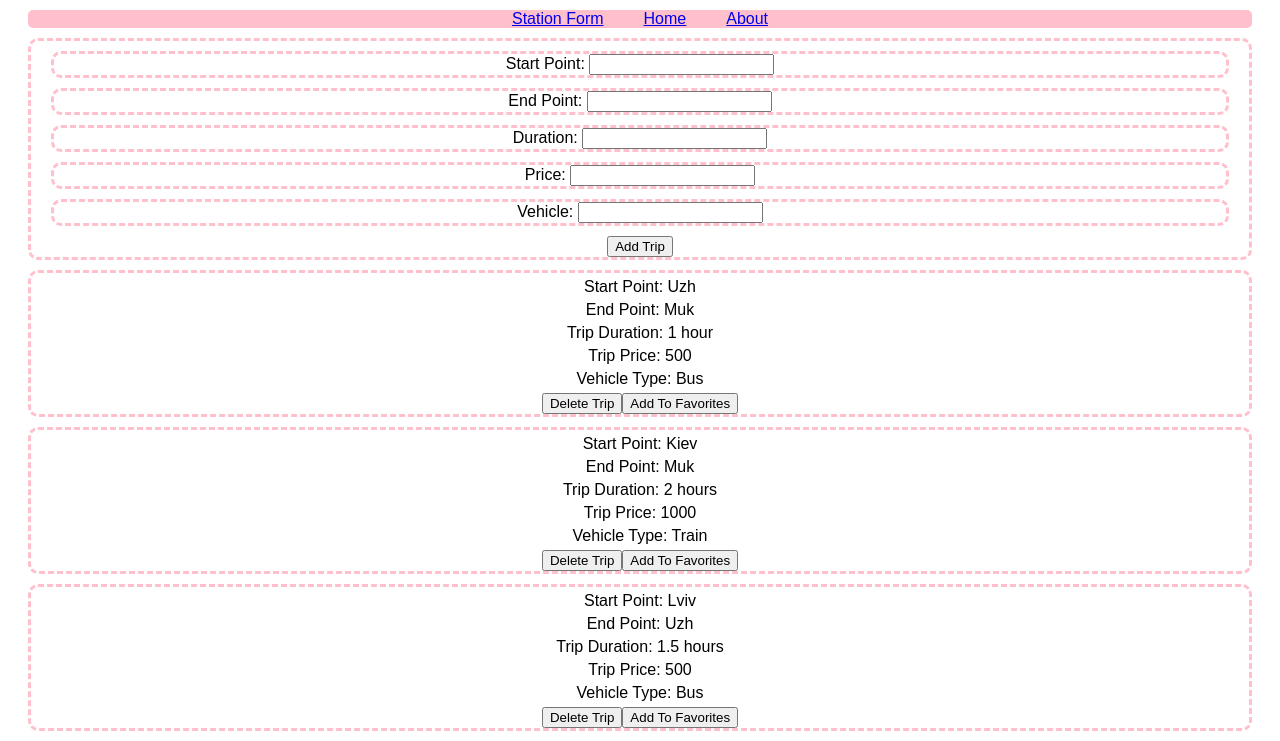
Repository: rutsguifd/mkr2
Page: /#/station-form
These files come from the project's save history. The page is drawn as it stood at one moment and after the next save; the edit follows.
The browser window is 1280 px wide. The pictures show the whole page.
The project was rebuilt for these pictures with package versions that can differ from the ones it lists, and the page was loaded fresh each time. Also part of the build but not shown: src/views/Home.vue, src/views/About.vue.

Above is the page before, as saved 2021-12-21 21:38:17.

### src/App.vue
<template>
  <div>
    <router-view />
  </div>
</template>

<script>
  export default {

  }
</script>

<style lang="scss" scoped>

</style>

### src/router/index.js
import { createRouter, createWebHashHistory } from 'vue-router'
import Home from '../views/Home.vue'
import About from '../views/About.vue'
import StationForm from '../views/StationForm.vue'


const routes = [
  {
    path: '/',
    name: 'Home',
    component: Home
  },
  {
    path: '/about',
    name: 'About',
    component: About
  },
  {
    path: '/station-form',
    name: 'StationForm',
    component: StationForm
  }
]

const router = createRouter({
  history: createWebHashHistory(),
  routes
})

export default router

### src/store/index.js
import { createStore } from 'vuex'

export default createStore({
  state: {
    tripInfo: [
      {
        id: 1,
        tripStart: "Uzh",
        tripEnd: "Muk",
        tripDuration: "1 hour",
        tripPrice: "500",
        vehicle: "Bus"
      },
      {
        id: 2,
        tripStart: "Kiev",
        tripEnd: "Muk",
        tripDuration: "2 hours",
        tripPrice: "1000",
        vehicle: "Train"
      },
      {
        id: 3,
        tripStart: "Lviv",
        tripEnd: "Uzh",
        tripDuration: "1.5 hours",
        tripPrice: "500",
        vehicle: "Bus"
      }
    ],
    favoriteTrips: []
  },
  mutations: {
    addTrip(state, trip) {
      state.tripInfo.push({
        tripStart: trip.start,
        tripEnd: trip.end,
        tripDuration: trip.dur,
        tripPrice: trip.price,
        vehicle: trip.veh
      })
    },
    deleteTrip(state, ind) {
      state.tripInfo.splice(ind, 1)
    },
    addToFavorites(state, trip) {
      state.favoriteTrips.push({
        tripStart: trip.start,
        tripEnd: trip.end,
        tripDuration: trip.dur,
        tripPrice: trip.price,
        vehicle: trip.veh
      });
      console.log(state.favoriteTrips)
    }
  },
  actions: {},
  getters: {
    AllTrips(state) {
      return state.tripInfo
    },
    AllFavoriteTrips(state) {
      return state.favoriteTrips
    }
  }
})

### src/views/StationForm.vue
<template>
    <div>
        <Header />
        <AddTrip />
        <trip-card />
        <favorite-trips v-for="(trip) in AllFavoriteTrips" :key="trip.id"/>
    </div>
</template>

<script>
import { mapGetters } from "vuex";
import FavoriteTrips from '../components/FavoriteTrips.vue'
import AddTrip from '../components/AddTrip.vue'
import Header from '../components/Header.vue'
import TripCard from '../components/TripCard.vue'
    export default {
        name: "StationForm",
        components: {
            TripCard,
            Header,
            AddTrip,
            FavoriteTrips
        },
        computed: mapGetters(["AllFavoriteTrips"]),
    }
</script>

<style lang="scss" scoped>
* {
  margin: 0;
  padding: 0;
  box-sizing: border-box;
  font-family: "Fira Sans", sans-serif;
}
</style>

### src/components/Header.vue
<template>
  <div class="header">
    <span><router-link to="/station-form">Station Form</router-link></span>
    <span><router-link to="/">Home</router-link></span>
    <span><router-link to="/about">About</router-link></span>
  </div>
</template>

<script>
export default {};
</script>

<style lang="scss" scoped>
.header{
    text-align: center;
    margin: 10px 20px;
    background: pink;
    border-radius: 5px;
    span{
        margin: 0px 20px;
    }
}
</style>

### src/components/AddTrip.vue
<template>
  <div class="add">
    <div>
      <label>
        Start Point:
        <input type="text" v-model="tripStart" />
      </label>
    </div>
    <div>
      <label>
        End Point:
        <input type="text" v-model="tripEnd" />
      </label>
    </div>
    <div>
      <label>
        Duration:
        <input type="text" v-model="tripDuration" />
      </label>
    </div>
    <div>
      <label>
        Price:
        <input type="text" v-model="tripPrice" />
      </label>
    </div>
    <div>
      <label>
        Vehicle:
        <input type="text" v-model="vehicle" />
      </label>
    </div>
    <button @click="add">Add Trip</button>
  </div>
</template>

<script>
import { mapMutations } from "vuex";
export default {
  data() {
    return {
      tripStart: "",
      tripEnd: "",
      tripDuration: "",
      tripPrice: "",
      vehicle: "",
    };
  },
  methods: {
    ...mapMutations(["addTrip"]),
    add() {
      this.addTrip({
        id: Date.now(),
        start: this.tripStart,
        end: this.tripEnd,
        dur: this.tripDuration,
        price: this.tripPrice,
        veh: this.vehicle,
      }),
        (this.tripStart = "");
      this.tripEnd = "";
      this.tripDuration = "";
      this.tripPrice = "";
      this.vehicle = "";
    },
  },
};
</script>

<style lang="scss" scoped>
.add {
    border: 3px dashed pink;
    border-radius: 10px;
    margin: 10px 20px;
    text-align: center;
  div {
      border: 3px dashed pink;
    border-radius: 10px;
    margin: 10px 20px;
  }
}
</style>

### src/components/TripCard.vue
<template>
  <div v-for="(trip, ind) in AllTrips" :key="trip.id">
    <div class="card">
      <div>Start Point: {{ trip.tripStart }}</div>
      <div>End Point: {{ trip.tripEnd }}</div>
      <div>Trip Duration: {{ trip.tripDuration }}</div>
      <div>Trip Price: {{ trip.tripPrice }}</div>
      <div>Vehicle Type: {{ trip.vehicle }}</div>
      <button @click="del(ind)">Delete Trip</button>
      <button @click="favorite">Add To Favorites</button>
    </div>
  </div>
</template>

<script>
import { mapMutations, mapGetters } from "vuex";
export default {
  name: "TripCard",
  props: ["trip"],
  methods: {
    ...mapMutations(["deleteTrip"]),
    ...mapMutations(["addToFavorites"]),
    del(ind) {
      this.deleteTrip(ind);
    },
    favorite() {
        this.addToFavorites({
        id: Date.now(),
        start: this.tripStart,
        end: this.tripEnd,
        dur: this.tripDuration,
        price: this.tripPrice,
        veh: this.vehicle,
        })
    }
  },
  computed: mapGetters(["AllTrips"]),
};
</script>

<style lang="scss" scoped>
.card {
  text-align: center;
  margin: 10px 20px;
  border: 3px dashed pink;
  border-radius: 10px;
  div {
    margin: 5px 0px;
  }
}
</style>

### src/components/FavoriteTrips.vue
<template>
  <div>
    FAVORITE TRIPS
    <div>Start Point: {{ trip.start }}</div>
    <div>End Point: {{ trip.end }}</div>
    <div>Trip Duration: {{ trip.dur }}</div>
    <div>Trip Price: {{ trip.price }}</div>
    <div>Vehicle Type: {{ trip.veh }}</div>
  </div>
</template>

<script>
export default {
  name: "FavoriteTrips",
  props: ["trip"],
};
</script>

<style lang="scss" scoped>
</style>

Loaded but not shown: public/index.html (common file); src/main.js (common file)

After the next save:
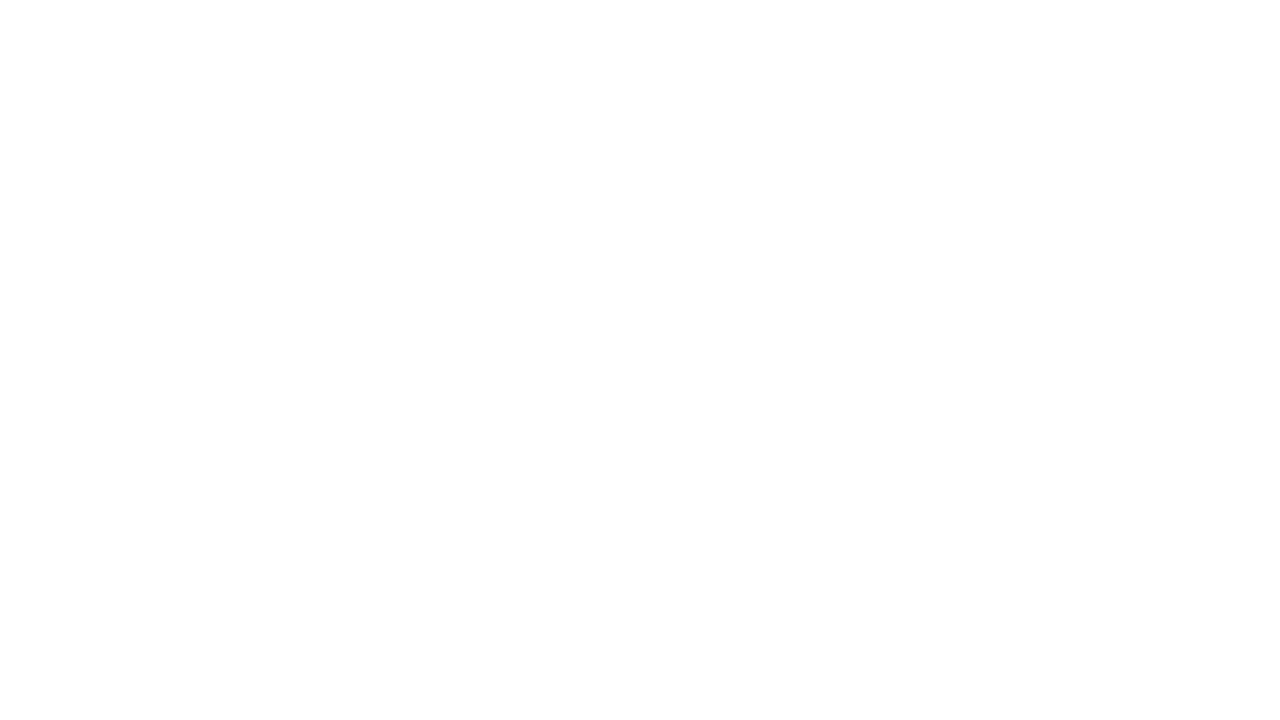
Console error: TypeError: Cannot read properties of undefined (reading 'start')
Saved 5 min 44 s later.
--- a/src/views/StationForm.vue
+++ b/src/views/StationForm.vue
@@ -3,12 +3,11 @@
         <Header />
         <AddTrip />
         <trip-card />
-        <favorite-trips v-for="(trip) in AllFavoriteTrips" :key="trip.id"/>
+        <favorite-trips />
     </div>
 </template>
 
 <script>
-import { mapGetters } from "vuex";
 import FavoriteTrips from '../components/FavoriteTrips.vue'
 import AddTrip from '../components/AddTrip.vue'
 import Header from '../components/Header.vue'
@@ -21,7 +20,7 @@ import TripCard from '../components/TripCard.vue'
             AddTrip,
             FavoriteTrips
         },
-        computed: mapGetters(["AllFavoriteTrips"]),
+
     }
 </script>
 

After the save that followed:
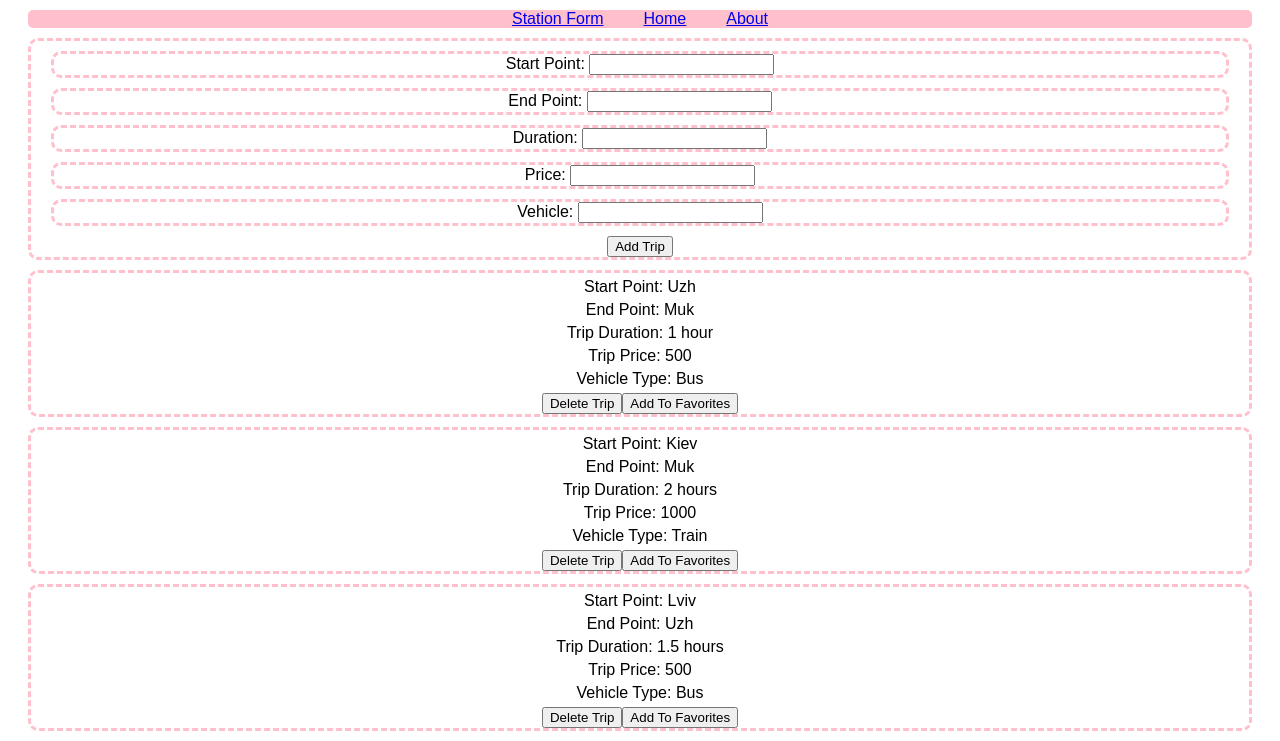
The error is gone.
Saved 3 s later.
--- a/src/components/FavoriteTrips.vue
+++ b/src/components/FavoriteTrips.vue
@@ -1,5 +1,5 @@
 <template>
-  <div>
+  <div v-for="(trip) in AllFavoriteTrips" :key="trip.id">
     FAVORITE TRIPS
     <div>Start Point: {{ trip.start }}</div>
     <div>End Point: {{ trip.end }}</div>
@@ -10,9 +10,11 @@
 </template>
 
 <script>
+import { mapGetters } from "vuex";
 export default {
   name: "FavoriteTrips",
   props: ["trip"],
+  computed: mapGetters(["AllFavoriteTrips"]),
 };
 </script>
 
